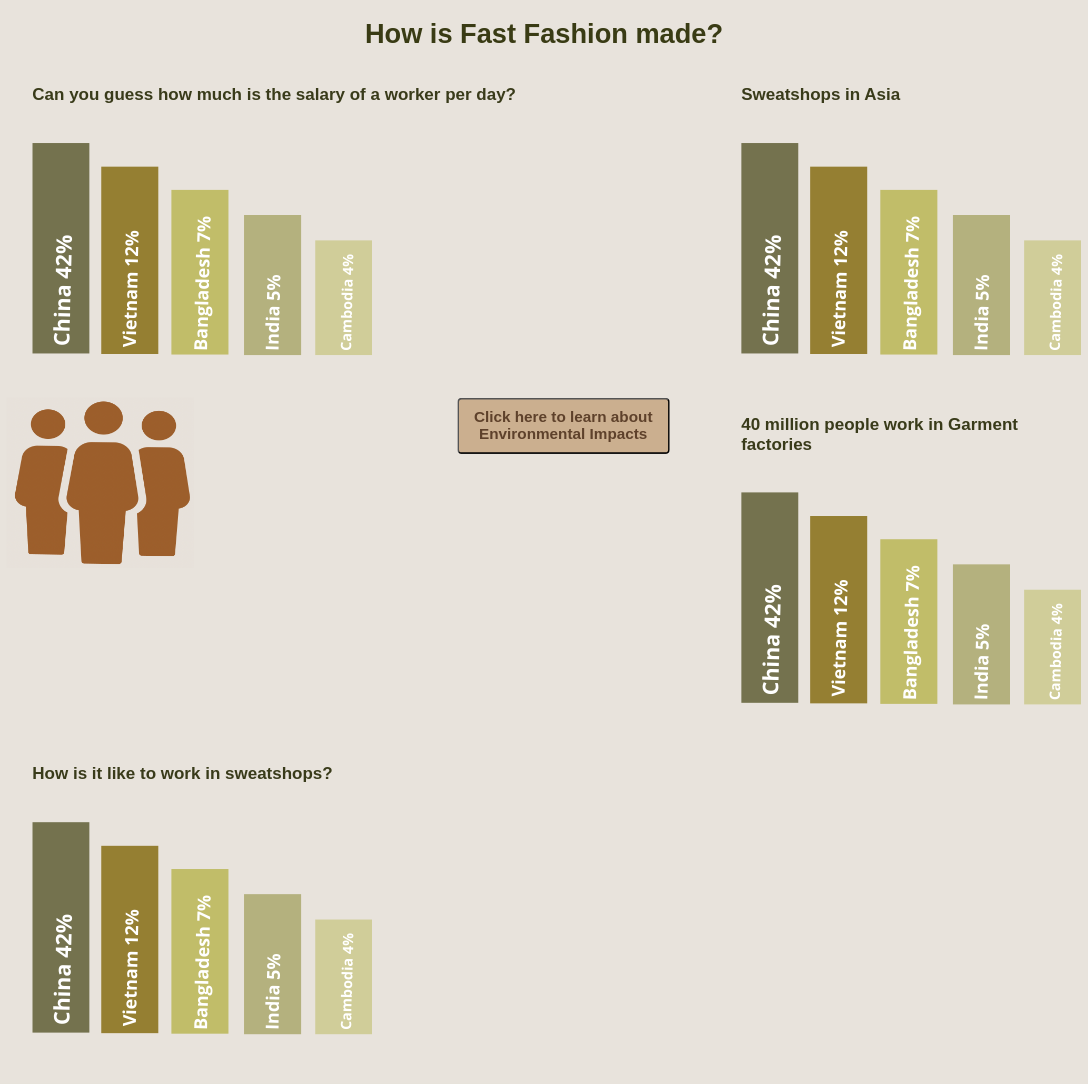
Repository: DevOfHockey/mdia-2190-midterm
Page: fashionlabor.html
An editor plug-in stored every save of this project. The page is shown before and after the next save, followed by the edit.
The browser window is 1280 px wide. The pictures show the whole page, at 85% of full size.

Above is the page before, as saved 2022-03-04 10:02:19.
Console error: TypeError: Cannot set properties of null (setting 'src')

After the next save:
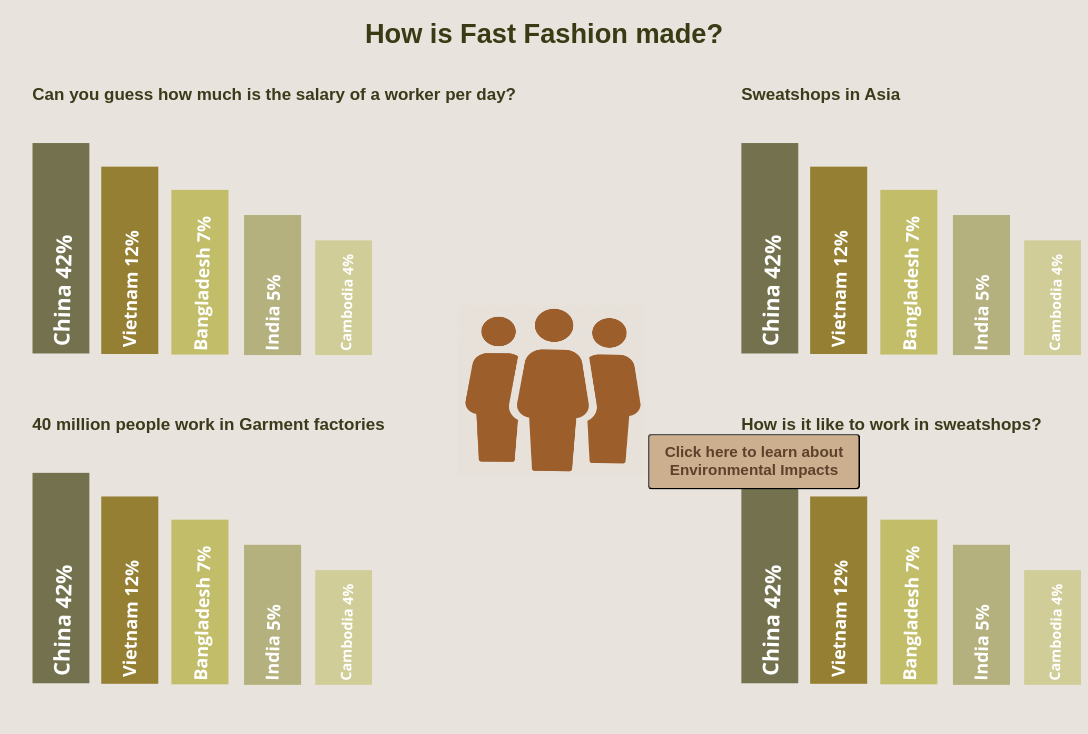
Saved 49 s later.
--- a/fashionlabor.css
+++ b/fashionlabor.css
@@ -22,7 +22,7 @@ button {
     border-radius: 5px;
     width: 250px;
 }
-.environment > button {
+.environment {
     align-self: center;
     position: absolute;
     left: 42%;
